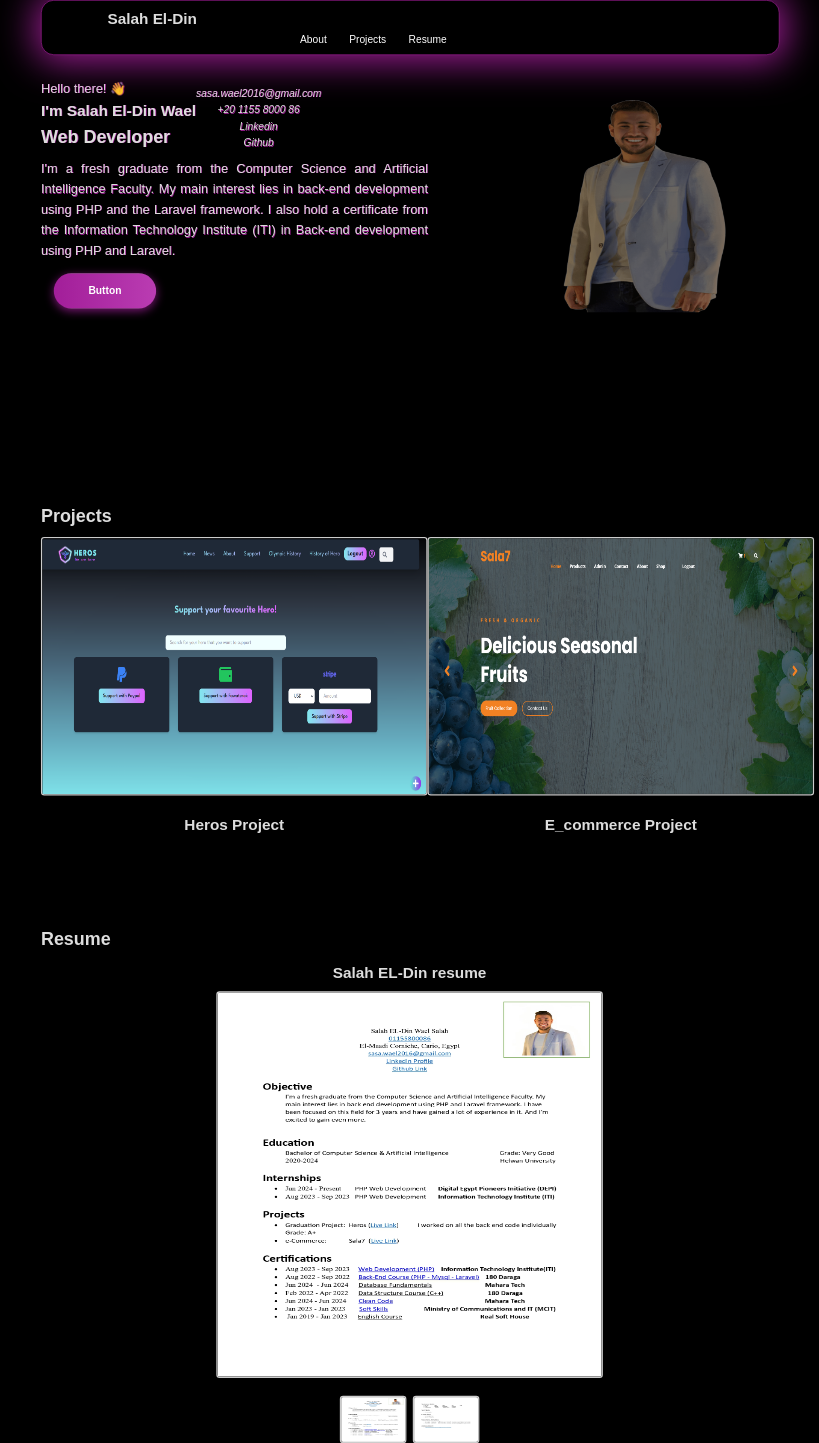
Repository: Salah-Wael/Salah-EL-Din-Portfolio
Page: index.html
These files come from the project's save history. The page is drawn as it stood at one moment and after a run of saves; the edit follows.
The browser window is 1280 px wide. The pictures show the whole page, at 64% of full size.

Above is the page before, as saved 2024-07-28 03:57:58.

After the next 3 saves:
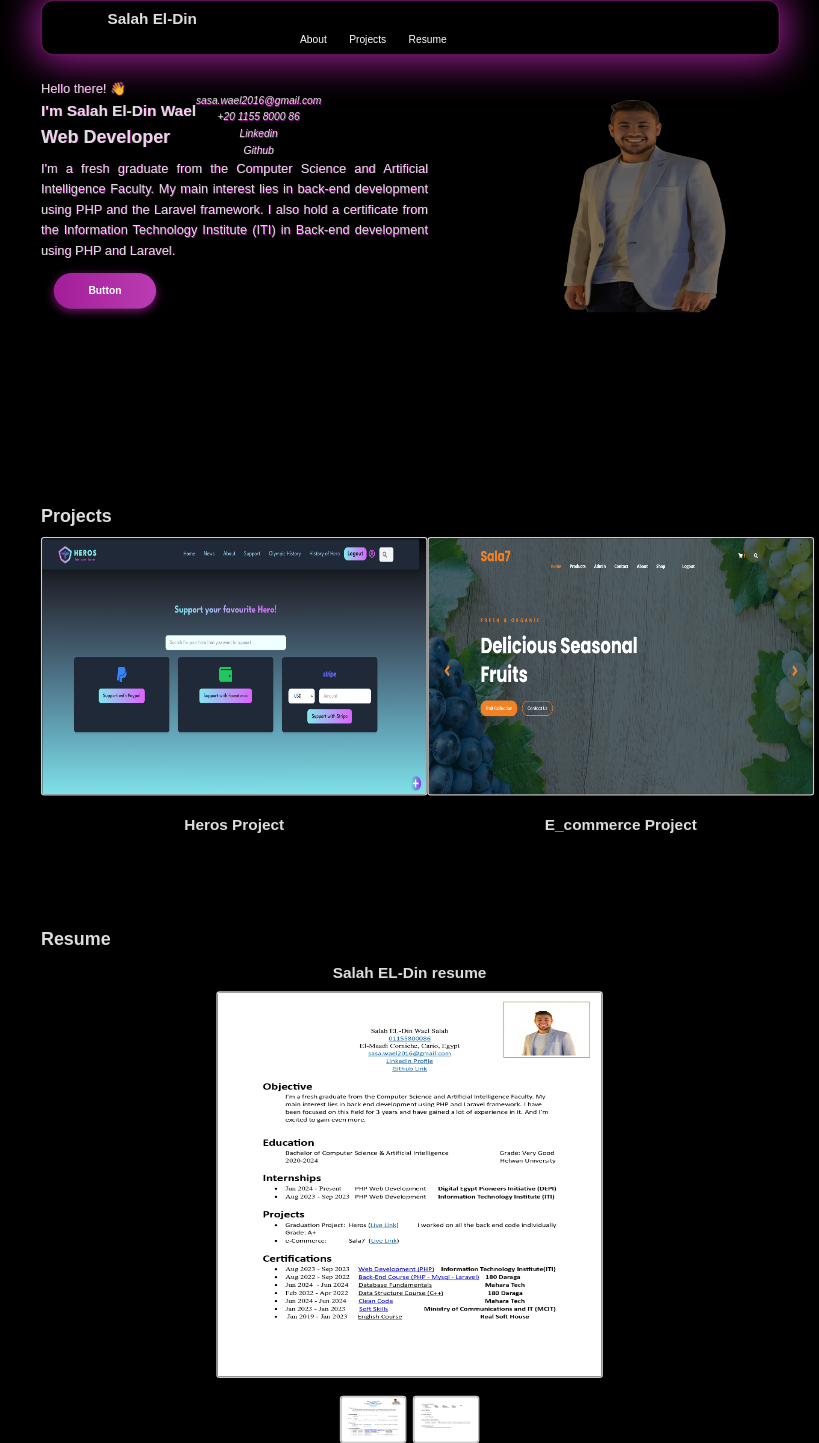
The 3 saves are shown as one change because they came seconds apart.
The last was saved 15 s later.
--- a/style.css
+++ b/style.css
@@ -119,7 +119,7 @@
 }
 
 .contact{
-  align-self: center;
+  align-self: self-end;
 }
 
 .contact address{

After the 4 saves that followed:
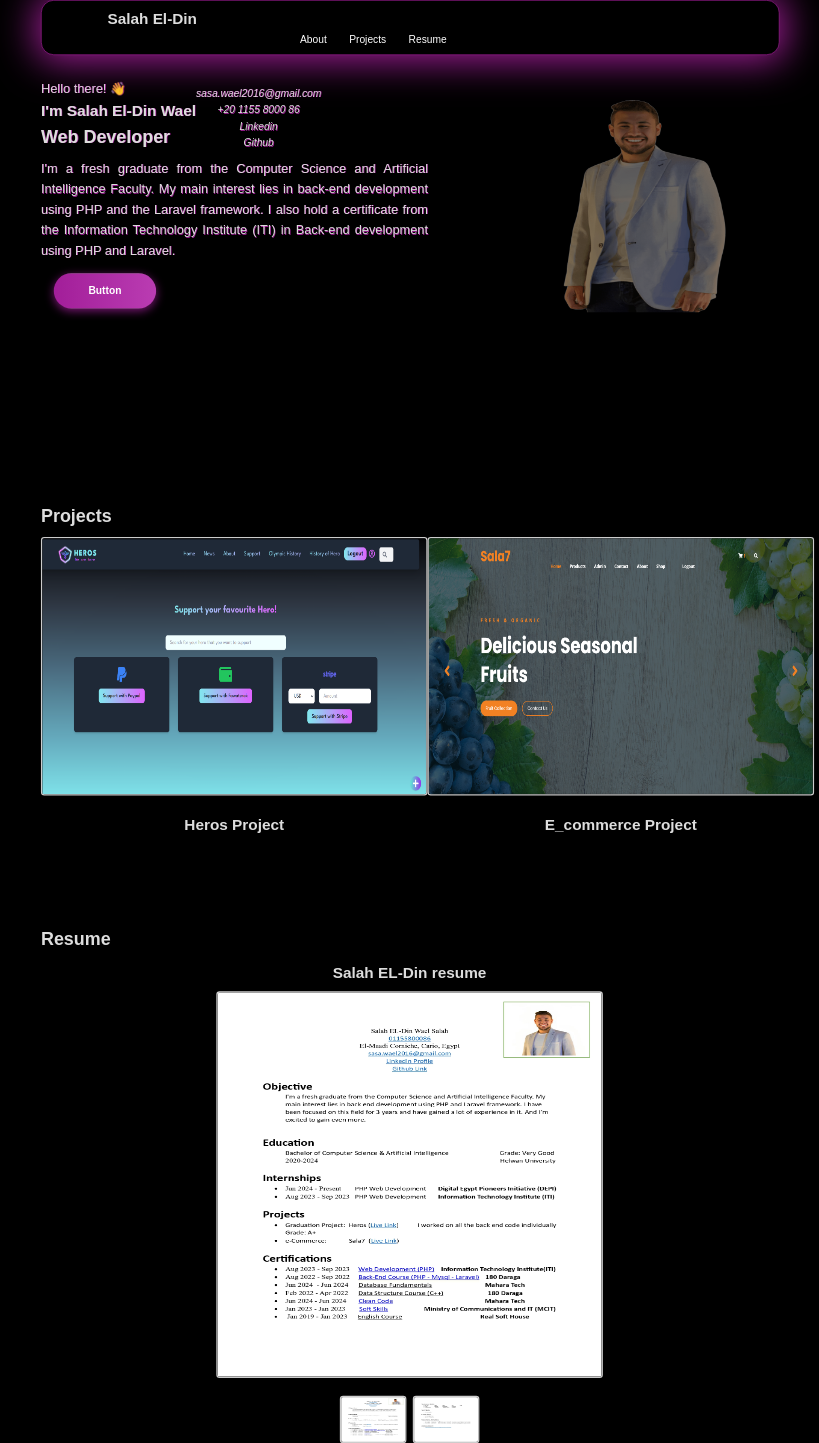
The 4 saves are shown as one change because 1 left the picture as it was and some came seconds apart.
The last was saved 20 s later.
--- a/style.css
+++ b/style.css
@@ -119,7 +119,7 @@
 }
 
 .contact{
-  align-self: self-end;
+  align-self: center;
 }
 
 .contact address{
